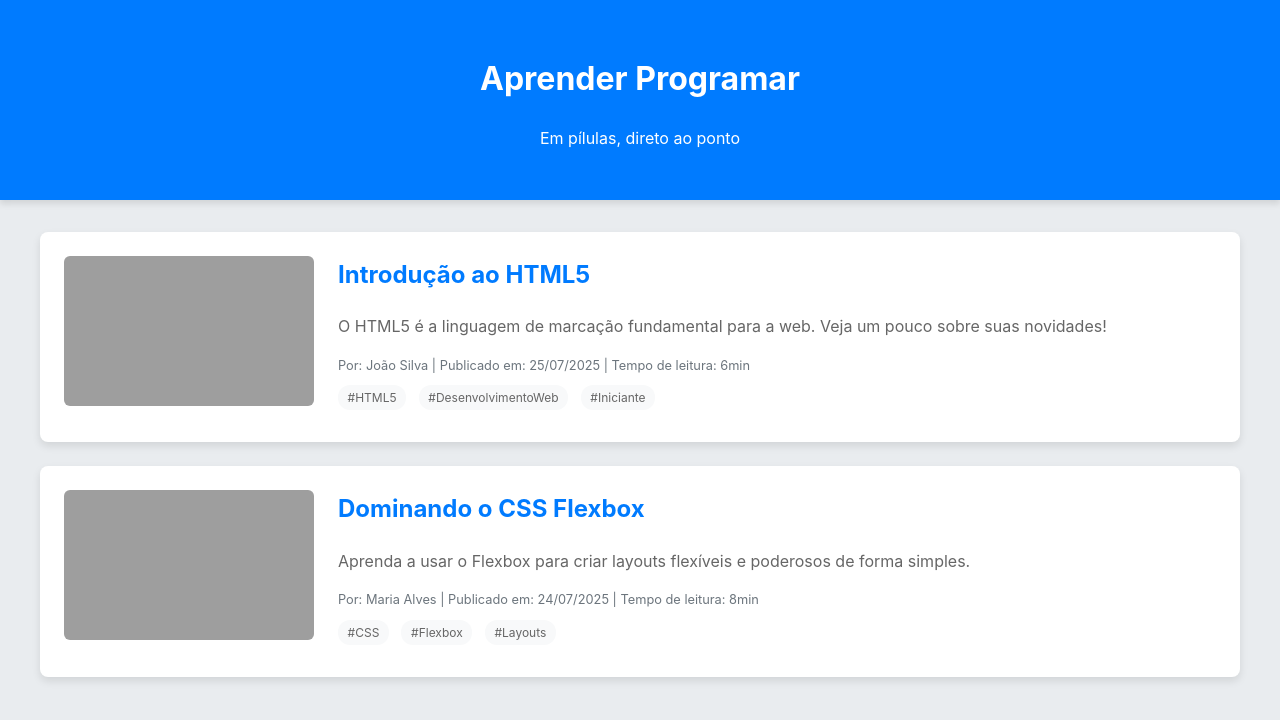
Repository: douglasabnovato/aprender-programar
Page: index.html
The author's editor kept a copy of each file at every save. The page is drawn from the files as they stood at one save, then again after the next save.
The browser window is 1280 px wide. The pictures show the whole page.
Pictures or frames that could not be fetched are drawn as grey boxes.

Above is the page before, as saved 2025-08-01 14:51:46.

### index.html
<!DOCTYPE html>
<html lang="pt-br">
  <head>
    <meta charset="UTF-8" />
    <meta name="viewport" content="width=device-width, initial-scale=1.0" />
<title>Aprender Programação</title>
    <link rel="stylesheet" href="style.css" />
  </head>
  <body>
    <header>
      <h1>Aprender Programar</h1>
      <p>Em pílulas, direto ao ponto</p>
    </header>

    <main class="container">
      <article class="card">
        <div class="card-preview">
          <img
            src="https://picsum.photos/id/1018/250/150"
            alt="Uma imagem que representa o tema do post"
            class="card-thumbnail"
          />

          <div class="card-info">
            <h2 class="card-title">Introdução ao HTML5</h2>
            <p class="card-description">
              O HTML5 é a linguagem de marcação fundamental para a web. Veja um
              pouco sobre suas novidades!
            </p>

            <div class="card-meta">
              <span class="card-author">Por: João Silva</span> |
              <span class="card-date">Publicado em: 25/07/2025</span> |
              <span class="card-read-time">Tempo de leitura: 6min</span>
            </div>

            <div class="card-tags">
              <span class="tag">#HTML5</span>
              <span class="tag">#DesenvolvimentoWeb</span>
              <span class="tag">#Iniciante</span>
            </div>
          </div>
        </div>

        <div class="card-content">
          <h3>O que é HTML5?</h3>
          <p>
            O HTML5 é a última versão do HTML, a linguagem de marcação
            fundamental para a web. Ele introduziu novas tags semânticas e APIs
            poderosas para criar aplicações web mais ricas e interativas.
          </p>

          <h3>Tags Semânticas</h3>
          <p>
            O HTML5 trouxe várias novidades, como as tags
            <code>&lt;header&gt;</code>, <code>&lt;nav&gt;</code>,
            <code>&lt;main&gt;</code>, <code>&lt;section&gt;</code> e
            <code>&lt;footer&gt;</code>, que ajudam a estruturar o conteúdo de
            forma mais clara, melhorando a acessibilidade e o SEO.
          </p>
          <pre><code>
&lt;!DOCTYPE html&gt;
&lt;html lang="pt-br"&gt;
&lt;head&gt;
    &lt;title&gt;Título da Página&lt;/title&gt;
&lt;/head&gt;
&lt;body&gt;
    &lt;header&gt;
        &lt;h1&gt;Título do Blog&lt;/h1&gt;
    &lt;/header&gt;
    &lt;main&gt;
        &lt;article&gt;
            &lt;h2&gt;Título do Post&lt;/h2&gt;
        &lt;/article&gt;
    &lt;/main&gt;
&lt;/body&gt;
&lt;/html&gt;
          </code></pre>

          <h3>Vídeo Explicativo</h3>
          <div class="video-container">
            <iframe
              src="https://www.youtube.com/embed/dQw4w9WgXcQ"
              frameborder="0"
              allow="accelerometer; autoplay; clipboard-write; encrypted-media; gyroscope; picture-in-picture"
              allowfullscreen
            ></iframe>
          </div>

          <p>
            Com o HTML5, podemos incorporar conteúdo multimídia de forma nativa
            e criar layouts responsivos com mais facilidade.
          </p>

          <img
            src="https://picsum.photos/id/1018/800/400"
            alt="Exemplo de tag semântica"
            class="post-image"
          />
        </div>
      </article>

      <article class="card">
        <div class="card-preview">
          <img
            src="https://picsum.photos/id/237/250/150"
            alt="Uma imagem que representa o tema do post"
            class="card-thumbnail"
          />

          <div class="card-info">
            <h2 class="card-title">Dominando o CSS Flexbox</h2>
            <p class="card-description">
              Aprenda a usar o Flexbox para criar layouts flexíveis e poderosos
              de forma simples.
            </p>

            <div class="card-meta">
              <span class="card-author">Por: Maria Alves</span> |
              <span class="card-date">Publicado em: 24/07/2025</span> |
              <span class="card-read-time">Tempo de leitura: 8min</span>
            </div>

            <div class="card-tags">
              <span class="tag">#CSS</span>
              <span class="tag">#Flexbox</span>
              <span class="tag">#Layouts</span>
            </div>
          </div>
        </div>

        <div class="card-content">
          <h3>O que é Flexbox?</h3>
          <p>
            O Flexbox é um módulo de layout unidimensional do CSS que ajuda a
            distribuir e alinhar elementos dentro de um contêiner. É a
            ferramenta perfeita para criar barras de navegação, galerias e
            layouts complexos de forma responsiva.
          </p>

          <h3>Exemplo Básico</h3>
          <p>
            Para começar, basta definir a propriedade
            <code>display: flex;</code> no contêiner.
          </p>
          <pre>
            <code>
            .container {
                display: flex;
                justify-content: center;
                align-items: center;
            }
            </code>
          </pre>

          <h3>Recursos</h3>
          <img
            src="https://picsum.photos/id/237/800/400"
            alt="Exemplo de Flexbox"
            class="post-image"
          />

          <p>
            Existem diversas propriedades no Flexbox, como
            <code>justify-content</code> para alinhar itens no eixo principal e
            <code>align-items</code> para alinhar no eixo cruzado. Para aprender
            mais, confira este vídeo:
          </p>

          <div class="video-container">
            <iframe
              src="https://www.youtube.com/embed/T6-b7u4vM2Q"
              frameborder="0"
              allow="accelerometer; autoplay; clipboard-write; encrypted-media; gyroscope; picture-in-picture"
              allowfullscreen
            ></iframe>
          </div>
        </div>
      </article>
    </main>

    <script src="script.js"></script>
  </body>
</html>

### style.css
/* Variáveis e estilos globais */
:root {
  --primary-color: #007bff;
  --secondary-color: #f8f9fa;
  --background-color: #e9ecef;
  --card-bg-color: #fff;
  --text-color: #333;
  --shadow-color: rgba(0, 0, 0, 0.1);
}

body {
  font-family: -apple-system, BlinkMacSystemFont, "Segoe UI", Roboto,
    "Helvetica Neue", Arial, sans-serif;
  background-color: var(--background-color);
  margin: 0;
  color: var(--text-color);
  line-height: 1.6;
}

header {
  background-color: var(--primary-color);
  color: white;
  padding: 2rem 1rem;
  text-align: center;
  box-shadow: 0 4px 6px var(--shadow-color);
}

/* Estilo do contêiner principal para o layout de cards */
.container {
  max-width: 1200px;
  margin: 2rem auto;
  padding: 0 1rem;
  display: flex;
  flex-direction: column;
  gap: 1.5rem;
}

/* Estilo dos cards */
.card {
  background-color: var(--card-bg-color);
  border-radius: 8px;
  box-shadow: 0 4px 8px var(--shadow-color);
  padding: 1.5rem;
  cursor: pointer;
  transition: transform 0.3s ease, box-shadow 0.3s ease;
  box-sizing: border-box;
}

.card:hover {
  transform: translateY(-5px);
  box-shadow: 0 8px 16px var(--shadow-color);
}

.card-title {
  margin-top: 0;
  color: var(--primary-color);
}

.card-description {
  font-size: 1rem;
  color: #666;
}

/* Estilo do contêiner para a imagem e o texto */
.card-preview {
  display: flex;
  align-items: flex-start;
  gap: 1.5rem;
}

/* Estilo da imagem de destaque */
.card-thumbnail {
  flex-shrink: 0;
  width: 250px;
  height: auto;
  border-radius: 6px;
}

/* Estilo para as informações do card */
.card-info {
  flex-grow: 1;
}

/* Estilo para os metadados (autor, data, tempo de leitura) */
.card-meta {
  font-size: 0.8rem;
  color: #6c757d;
  margin-top: 0.5rem;
}

/* Estilo para as tags */
.card-tags {
  margin-top: 0.5rem;
}

.tag {
  display: inline-block;
  background-color: var(--secondary-color);
  color: #666;
  font-size: 0.75rem;
  padding: 0.2rem 0.6rem;
  border-radius: 12px;
  margin-right: 0.5rem;
  margin-bottom: 0.5rem;
}

/* Estilo para o acordeão (esconder/mostrar conteúdo) */
.card-content {
  max-height: 0;
  overflow: hidden;
  transition: max-height 0.5s ease-out;
}

.card.open .card-content {
  max-height: 2500px; /* Valor alto o suficiente para caber o conteúdo */
  margin-top: 1.5rem; /* Espaço entre a prévia e o conteúdo completo */
}

/* Estilos para o conteúdo responsivo */
.post-image {
  max-width: 100%;
  height: auto;
  border-radius: 6px;
  margin: 1rem 0;
}

.video-container {
  position: relative;
  width: 100%;
  padding-bottom: 56.25%;
  height: 0;
  overflow: hidden;
  margin: 1rem 0;
  border-radius: 6px;
}

.video-container iframe {
  position: absolute;
  top: 0;
  left: 0;
  width: 100%;
  height: 100%;
}

pre {
  background-color: #343a40;
  color: #f8f9fa;
  padding: 1rem;
  border-radius: 6px;
  overflow-x: auto;
}

code {
  font-family: "Courier New", Courier, monospace;
  font-size: 0.9em;
}

/* Media Query para telas pequenas (smartphones) */
@media (max-width: 768px) {
  .card-preview {
    flex-direction: column;
  }

  .card-thumbnail {
    width: 100%;
  }
}

### script.js
document.addEventListener("DOMContentLoaded", () => {
  const cards = document.querySelectorAll(".card");

  cards.forEach((card) => {
    // Anexamos o evento de clique ao card completo.
    card.addEventListener("click", (event) => {
      // Garante que o clique seja tratado apenas no elemento .card, e não em seus filhos.
      const clickedCard = event.currentTarget;

      // Itera sobre todos os cards para fechar aqueles que não foram clicados
      cards.forEach((otherCard) => {
        if (otherCard !== clickedCard && otherCard.classList.contains("open")) {
          otherCard.classList.remove("open");
        }
      });

      // Alterna a classe "open" no card que foi clicado.
      clickedCard.classList.toggle("open");
    });
  });
});

After the next save:
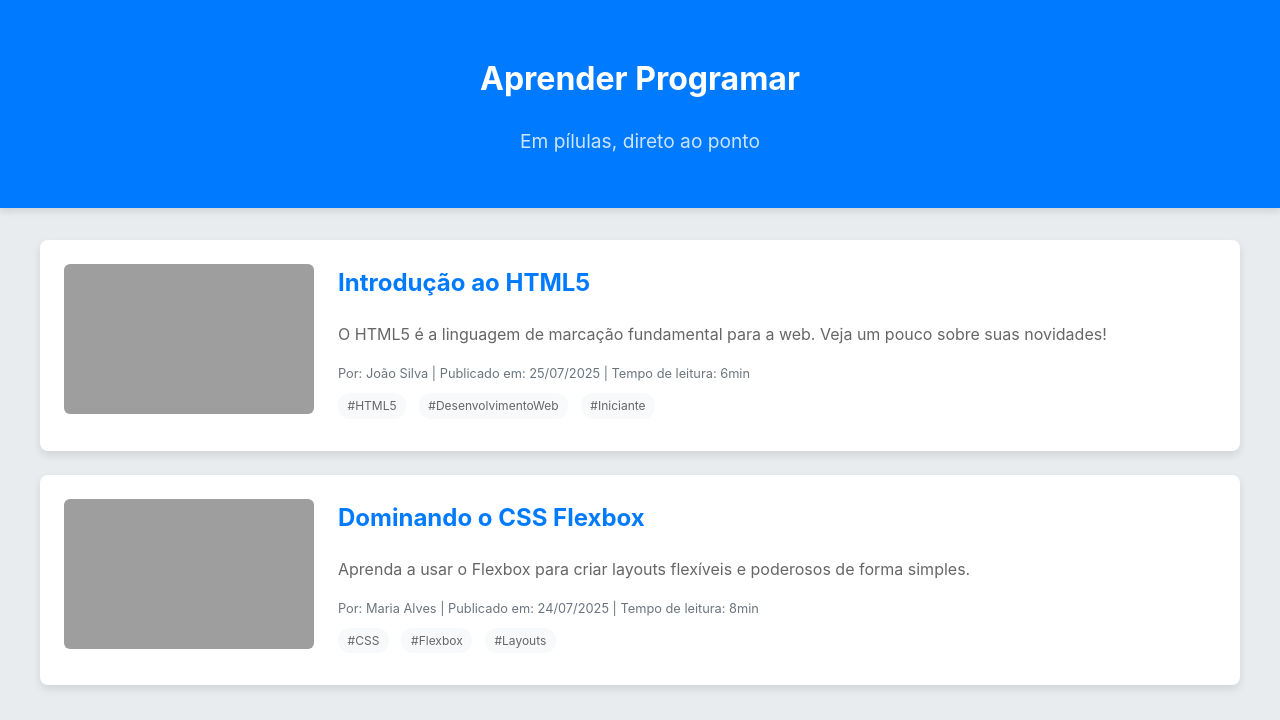
Saved 62 s later.
--- a/style.css
+++ b/style.css
@@ -23,6 +23,12 @@ header {
   padding: 2rem 1rem;
   text-align: center;
   box-shadow: 0 4px 6px var(--shadow-color);
+}
+
+header p {
+  font-size: 1.2rem;
+  color: rgba(255, 255, 255, 0.8);
+  margin-top: 0.5rem;
 }
 
 /* Estilo do contêiner principal para o layout de cards */
